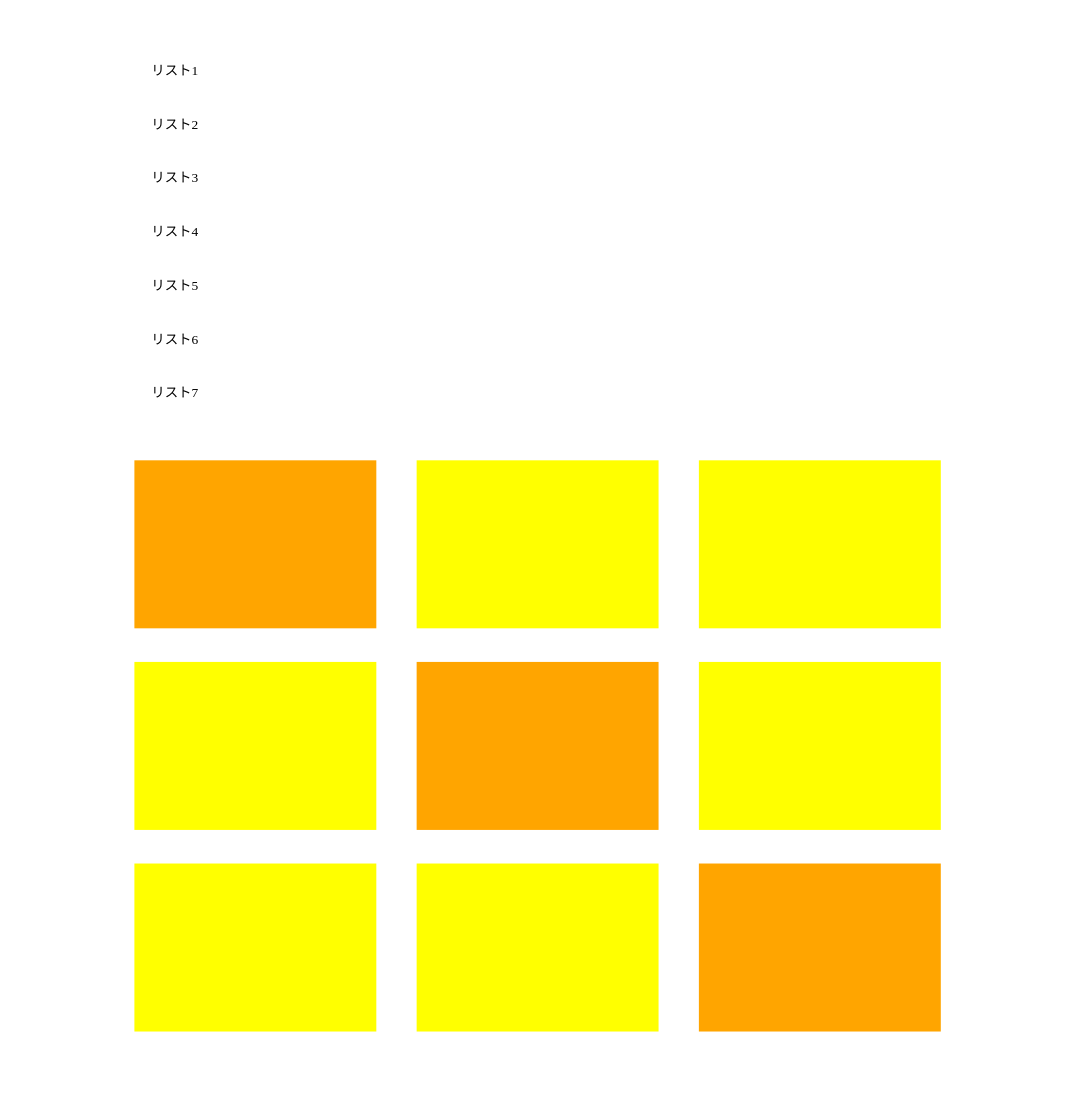
Repository: YuraTajima/DMM-all
Page: chapter8/chapter8.html
The author's editor kept a record of every edit. The page is drawn from the files as they stood at one moment, then again after the next edit.
The browser window is 1280 px wide. The pictures show the whole page, at 84% of full size.

Above is the page before.

After the next edit:
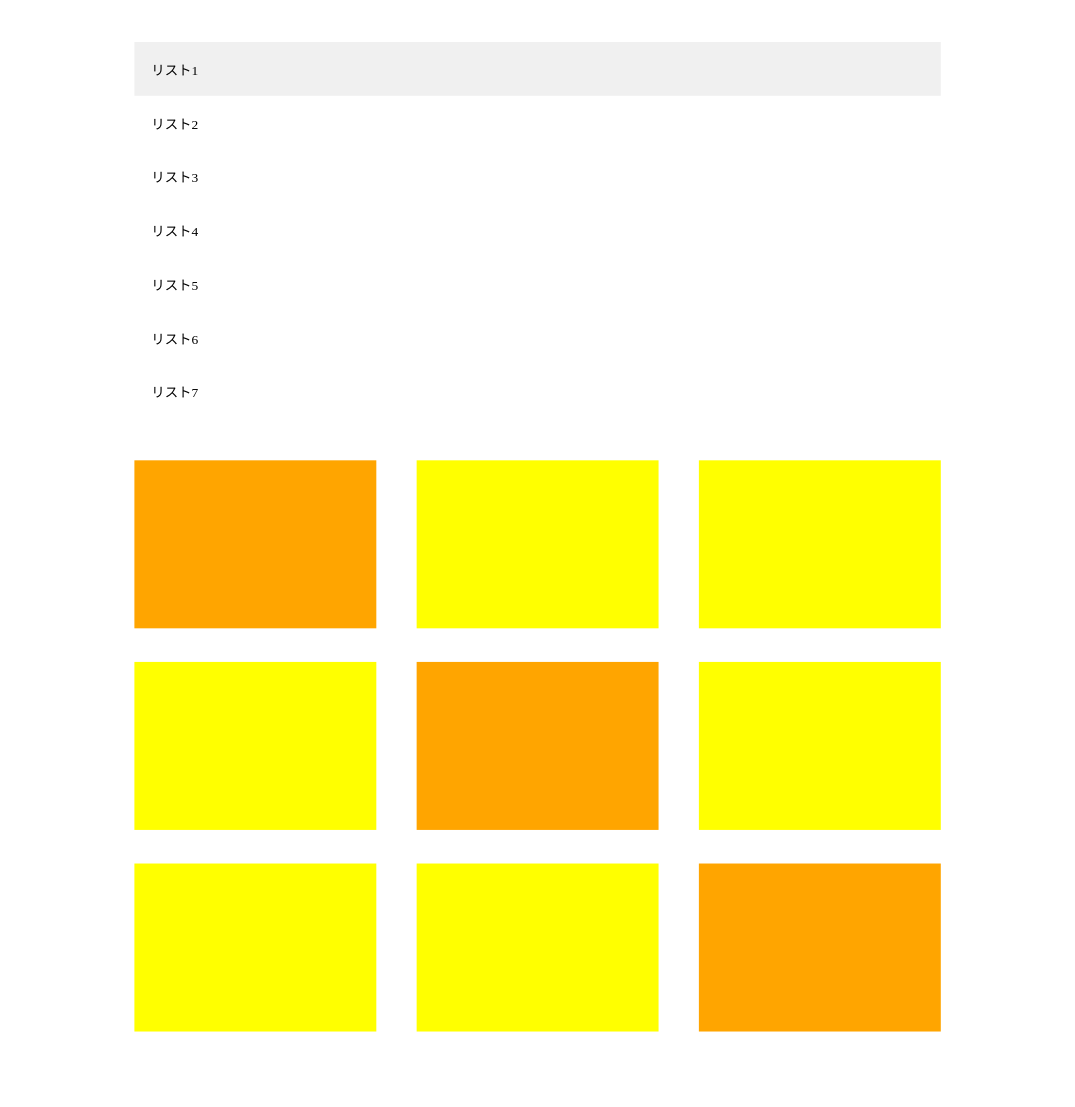
The edit:
--- a/chapter8/chapter8.html
+++ b/chapter8/chapter8.html
@@ -16,7 +16,7 @@
 
     <ul>
 
-      <li class="list-odd">
+      <li class="odd">
         <p>リスト1</p>
       </li>
 
